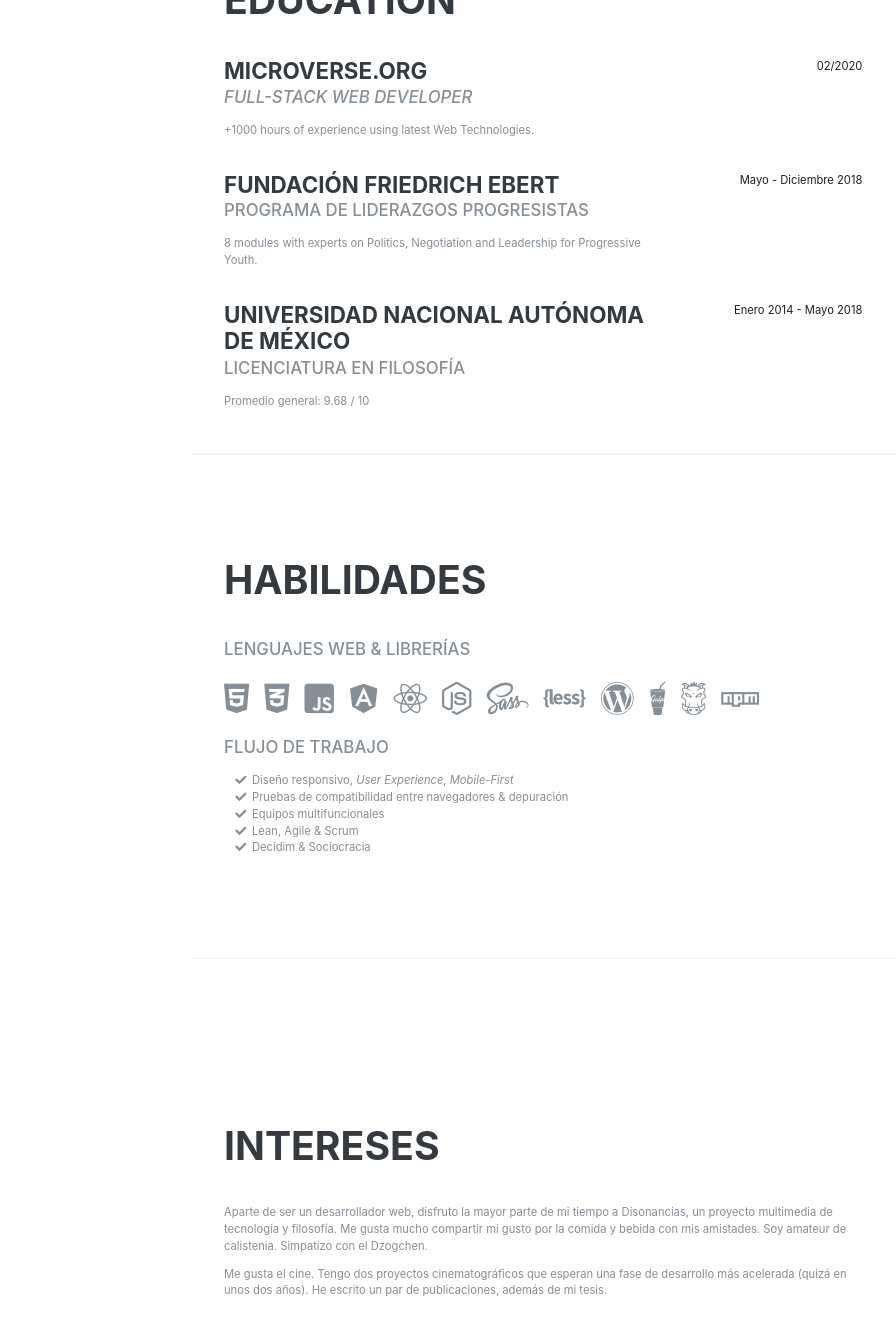
Repository: angel-mora/about-me
Page: en-index.html
An editor plug-in stored every save of this project. The page is shown before and after the next save, followed by the edit.
The browser window is 1280 px wide. The pictures show the part of the page from y = 1523 to 3443 px (the page is 4334 px tall), at 70% of full size.
Some web fonts or font styles are not loaded; a fallback is used.

Above is the page before, as saved 2020-06-30 18:57:13.

### en-index.html
<!DOCTYPE html>
<html lang="es">

<head>

    <meta charset="utf-8">
    <meta name="viewport" content="width=device-width, initial-scale=1, shrink-to-fit=no">
    <meta name="description" content="">
    <meta name="author" content="">

    <title>Angel Moma</title>

    <!-- Bootstrap core CSS -->
    <link href="vendor/bootstrap/css/bootstrap.min.css" rel="stylesheet">

    <!-- Custom fonts for this template -->
    <link href="https://fonts.googleapis.com/css?family=Saira+Extra+Condensed:500,700" rel="stylesheet">
    <link href="https://fonts.googleapis.com/css?family=Muli:400,400i,800,800i" rel="stylesheet">
    <link href="vendor/fontawesome-free/css/all.min.css" rel="stylesheet">

    <!-- Custom styles for this template -->
    <link href="css/resume.min.css" rel="stylesheet">

</head>

<body id="page-top">

    <nav class="navbar navbar-expand-lg navbar-dark bg-primary fixed-top" id="sideNav">
        <a class="navbar-brand js-scroll-trigger" href="#page-top">
            <span class="d-block d-lg-none">ABOUT ME</span>
            <span class="d-none d-lg-block">
                <img class="img-fluid img-profile rounded-circle mx-auto mb-2" src="img/profile.jpg" alt="">
            </span>
        </a>
        <button class="navbar-toggler" type="button" data-toggle="collapse" data-target="#navbarSupportedContent" aria-controls="navbarSupportedContent" aria-expanded="false" aria-label="Toggle navigation">
            <span class="navbar-toggler-icon"></span>
        </button>
        <div class="collapse navbar-collapse" id="navbarSupportedContent">
            <ul class="navbar-nav">
                <li class="nav-item">
                    <a class="nav-link js-scroll-trigger" href="#about">About me</a>
                </li>
                <li class="nav-item">
                    <a class="nav-link js-scroll-trigger" href="#experience">Professional experience</a>
                </li>
                <li class="nav-item">
                    <a class="nav-link js-scroll-trigger" href="#education">Education</a>
                </li>
                <li class="nav-item">
                    <a class="nav-link js-scroll-trigger" href="#skills">Skills</a>
                </li>
                <li class="nav-item">
                    <a class="nav-link js-scroll-trigger" href="#interests">Interests</a>
                </li>
                <li class="nav-item">
                    <a class="nav-link js-scroll-trigger" href="#awards">Awards</a>
                </li>
                <li class="nav-item">
                    <a class="nav-link js-scroll-trigger font-italic" href="es-index.html">Español</a>
                </li>
            </ul>
        </div>
    </nav>

    <div class="container-fluid p-0">

        <section class="resume-section p-3 p-lg-5 d-flex align-items-center" id="about">
            <div class="w-100">
                <h1 class="mb-0">Angel
                    <span class="text-primary">Mora</span>
                </h1>
                <div class="subheading mb-5">Full Stack Web Developer · Data Analysis · Civic Tech
                    <a href="mailto:angelmomaa@gmail.com">angelmomaa@gmail.com</a>
                </div>
                <p class="lead mb-5">Project Management using Agile and Scrum
                    <br>Political Consultant
                    <br>Data Visualization
                    <br>Discourse Analysis
                    <br>Progressive Leadership
                    <br>Imagining futures at Disonances
                    <!-- añadir algo de coaching profesional y psicológico-->
                </p>
                <div class="social-icons">
                    <a href="https://www.linkedin.com/in/angelmoram/">
                        <i class="fab fa-linkedin-in"></i>
                    </a>
                    <a href="https://github.com/angel-mora">
                        <i class="fab fa-github"></i>
                    </a>
                </div>
            </div>
        </section>

        <hr class="m-0">

        <section class="resume-section p-3 p-lg-5 d-flex justify-content-center" id="experience">
            <div class="w-100">
                <h2 class="mb-5">Professional Experience</h2>

                <div class="resume-item d-flex flex-column flex-md-row justify-content-between mb-5">
                    <div class="resume-content">
                        <h3 class="mb-0">Data Analyst</h3>
                        <div class="subheading mb-3">Seguridad y Protección Bancarias</div>
                        <p>Produced a map to analyze Crime inside Mexico using Leaflet.js.</p>
                    </div>
                    <div class="resume-date text-md-right">
                        <span class="text-primary">10/2019 - 02/2020</span>
                    </div>
                </div>

            </div>

        </section>

        <hr class="m-0">

        <section class="resume-section p-3 p-lg-5 d-flex align-items-center" id="education">
            <div class="w-100">
                <h2 class="mb-5">Education</h2>

                <div class="resume-item d-flex flex-column flex-md-row justify-content-between mb-5">
                    <div class="resume-content">
                        <h3 class="mb-0">Microverse.org</h3>
                        <div class="subheading mb-3"><i>Full-stack Web Developer</i></div>
                        <div>+1000 hours of experience using latest Web Technologies.</div>
                    </div>
                    <div class="resume-date text-md-right">
                        <span class="text-primary">02/2020</span>
                    </div>
                </div>

                <div class="resume-item d-flex flex-column flex-md-row justify-content-between mb-5">
                    <div class="resume-content">
                        <h3 class="mb-0">Fundación Friedrich Ebert</h3>
                        <div class="subheading mb-3">Programa de Liderazgos Progresistas</div>
                        <div>8 modules with experts on Politics, Negotiation and Leadership for Progressive Youth.
                        </div>
                    </div>
                    <div class="resume-date text-md-right">
                        <span class="text-primary">Mayo - Diciembre 2018</span>
                    </div>
                </div>

                <div class="resume-item d-flex flex-column flex-md-row justify-content-between">
                    <div class="resume-content">
                        <h3 class="mb-0">Universidad Nacional Autónoma de México</h3>
                        <div class="subheading mb-3">Licenciatura en Filosofía</div>
                        <p>Promedio general: 9.68 / 10</p>
                    </div>
                    <div class="resume-date text-md-right">
                        <span class="text-primary">Enero 2014 - Mayo 2018</span>
                    </div>
                </div>

            </div>
        </section>

        <hr class="m-0">

        <section class="resume-section p-3 p-lg-5 d-flex align-items-center" id="skills">
            <div class="w-100">
                <h2 class="mb-5">Habilidades</h2>

                <div class="subheading mb-3">Lenguajes Web &amp; Librerías</div>
                <!-- add Leaflet, GIS, R Studio, Python -->
                <ul class="list-inline dev-icons">
                    <li class="list-inline-item">
                        <i class="fab fa-html5"></i>
                    </li>
                    <li class="list-inline-item">
                        <i class="fab fa-css3-alt"></i>
                    </li>
                    <li class="list-inline-item">
                        <i class="fab fa-js-square"></i>
                    </li>
                    <li class="list-inline-item">
                        <i class="fab fa-angular"></i>
                    </li>
                    <li class="list-inline-item">
                        <i class="fab fa-react"></i>
                    </li>
                    <li class="list-inline-item">
                        <i class="fab fa-node-js"></i>
                    </li>
                    <li class="list-inline-item">
                        <i class="fab fa-sass"></i>
                    </li>
                    <li class="list-inline-item">
                        <i class="fab fa-less"></i>
                    </li>
                    <li class="list-inline-item">
                        <i class="fab fa-wordpress"></i>
                    </li>
                    <li class="list-inline-item">
                        <i class="fab fa-gulp"></i>
                    </li>
                    <li class="list-inline-item">
                        <i class="fab fa-grunt"></i>
                    </li>
                    <li class="list-inline-item">
                        <i class="fab fa-npm"></i>
                    </li>
                </ul>

                <div class="subheading mb-3">Flujo de Trabajo</div>
                <ul class="fa-ul mb-0">
                    <li>
                        <i class="fa-li fa fa-check"></i> Diseño responsivo, <i>User Experience</i>, <i>Mobile-First</i>
                    </li>
                    <li>
                        <i class="fa-li fa fa-check"></i> Pruebas de compatibilidad entre navegadores &amp; depuración
                    </li>
                    <li>
                        <i class="fa-li fa fa-check"></i> Equipos multifuncionales</li>
                    <li>
                        <i class="fa-li fa fa-check"></i> Lean, Agile &amp; Scrum</li>
                    <li>
                        <i class="fa-li fa fa-check"></i> Decidim &amp; Sociocracia</li>
                </ul>
            </div>
        </section>

        <hr class="m-0">

        <section class="resume-section p-3 p-lg-5 d-flex align-items-center" id="interests">
            <div class="w-100">
                <h2 class="mb-5">Intereses</h2>
                <p>Aparte de ser un desarrollador web, disfruto la mayor parte de mi tiempo a Disonancias, un proyecto multimedia de tecnología y filosofía. Me gusta mucho compartir mi gusto por la comida y bebida con mis amistades. Soy amateur de calistenia.
                    Simpatizo con el Dzogchen.
                </p>
                <p class="mb-0">Me gusta el cine. Tengo dos proyectos cinematográficos que esperan una fase de desarrollo más acelerada (quizá en unos dos años). He escrito un par de publicaciones, además de mi tesis.
                </p>
            </div>
        </section>

        <hr class="m-0">

        <section class="resume-section p-3 p-lg-5 d-flex align-items-center" id="awards">
            <div class="w-100">
                <h2 class="mb-5">Premios &amp; Certificados</h2>
                <ul class="fa-ul mb-0">
                    <li>
                        <i class="fa-li fa fa-trophy text-warning"></i> Google Analytics Certified Developer</li>
                    <li>
                        <i class="fa-li fa fa-trophy text-warning"></i> Mobile Web Specialist - Google Certification
                    </li>
                    <li>
                        <i class="fa-li fa fa-trophy text-warning"></i> 1
                        <sup>st</sup> Place - University of Colorado Boulder - Emerging Tech Competition 2009</li>
                    <li>
                        <i class="fa-li fa fa-trophy text-warning"></i> 1
                        <sup>st</sup> Place - University of Colorado Boulder - Adobe Creative Jam 2008 (UI Design Category)
                    </li>
                    <li>
                        <i class="fa-li fa fa-trophy text-warning"></i> 2
                        <sup>nd</sup> Place - University of Colorado Boulder - Emerging Tech Competition 2008</li>
                    <li>
                        <i class="fa-li fa fa-trophy text-warning"></i> 1
                        <sup>st</sup> Place - James Buchanan High School - Hackathon 2006</li>
                    <li>
                        <i class="fa-li fa fa-trophy text-warning"></i> 3
                        <sup>rd</sup> Place - James Buchanan High School - Hackathon 2005</li>
                </ul>
            </div>
        </section>

    </div>

    <!-- Bootstrap core JavaScript -->
    <script src="vendor/jquery/jquery.min.js"></script>
    <script src="vendor/bootstrap/js/bootstrap.bundle.min.js"></script>

    <!-- Plugin JavaScript -->
    <script src="vendor/jquery-easing/jquery.easing.min.js"></script>

    <!-- Custom scripts for this template -->
    <script src="js/resume.min.js"></script>

</body>

</html>

Loaded but not shown: vendor/bootstrap/css/bootstrap.min.css (library); vendor/fontawesome-free/css/all.min.css (library); css/resume.min.css (library); vendor/jquery/jquery.min.js (library); vendor/bootstrap/js/bootstrap.bundle.min.js (library); vendor/jquery-easing/jquery.easing.min.js (common file); js/resume.min.js (common file)

After the next save:
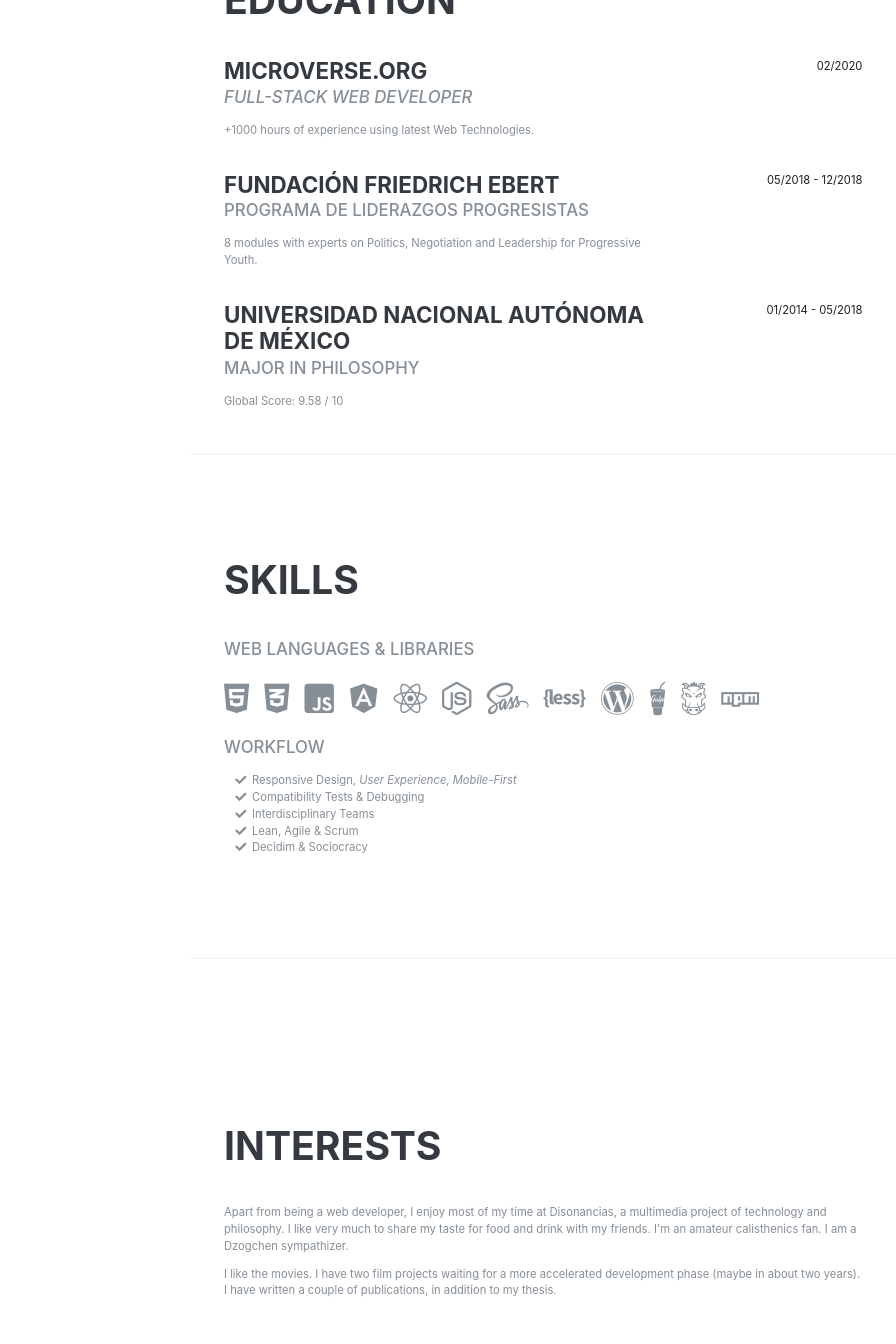
Saved 10 min 1 s later.
--- a/en-index.html
+++ b/en-index.html
@@ -137,18 +137,18 @@
                         </div>
                     </div>
                     <div class="resume-date text-md-right">
-                        <span class="text-primary">Mayo - Diciembre 2018</span>
+                        <span class="text-primary">05/2018 - 12/2018</span>
                     </div>
                 </div>
 
                 <div class="resume-item d-flex flex-column flex-md-row justify-content-between">
                     <div class="resume-content">
                         <h3 class="mb-0">Universidad Nacional Autónoma de México</h3>
-                        <div class="subheading mb-3">Licenciatura en Filosofía</div>
-                        <p>Promedio general: 9.68 / 10</p>
-                    </div>
-                    <div class="resume-date text-md-right">
-                        <span class="text-primary">Enero 2014 - Mayo 2018</span>
+                        <div class="subheading mb-3">Major in Philosophy</div>
+                        <p>Global Score: 9.58 / 10</p>
+                    </div>
+                    <div class="resume-date text-md-right">
+                        <span class="text-primary">01/2014 - 05/2018</span>
                     </div>
                 </div>
 
@@ -159,9 +159,9 @@
 
         <section class="resume-section p-3 p-lg-5 d-flex align-items-center" id="skills">
             <div class="w-100">
-                <h2 class="mb-5">Habilidades</h2>
-
-                <div class="subheading mb-3">Lenguajes Web &amp; Librerías</div>
+                <h2 class="mb-5">Skills</h2>
+
+                <div class="subheading mb-3">Web Languages &amp; Libraries</div>
                 <!-- add Leaflet, GIS, R Studio, Python -->
                 <ul class="list-inline dev-icons">
                     <li class="list-inline-item">
@@ -202,20 +202,20 @@
                     </li>
                 </ul>
 
-                <div class="subheading mb-3">Flujo de Trabajo</div>
+                <div class="subheading mb-3">Workflow</div>
                 <ul class="fa-ul mb-0">
                     <li>
-                        <i class="fa-li fa fa-check"></i> Diseño responsivo, <i>User Experience</i>, <i>Mobile-First</i>
-                    </li>
-                    <li>
-                        <i class="fa-li fa fa-check"></i> Pruebas de compatibilidad entre navegadores &amp; depuración
-                    </li>
-                    <li>
-                        <i class="fa-li fa fa-check"></i> Equipos multifuncionales</li>
+                        <i class="fa-li fa fa-check"></i>Responsive Design, <i>User Experience</i>, <i>Mobile-First</i>
+                    </li>
+                    <li>
+                        <i class="fa-li fa fa-check"></i> Compatibility Tests &amp; Debugging
+                    </li>
+                    <li>
+                        <i class="fa-li fa fa-check"></i> Interdisciplinary Teams</li>
                     <li>
                         <i class="fa-li fa fa-check"></i> Lean, Agile &amp; Scrum</li>
                     <li>
-                        <i class="fa-li fa fa-check"></i> Decidim &amp; Sociocracia</li>
+                        <i class="fa-li fa fa-check"></i> Decidim &amp; Sociocracy</li>
                 </ul>
             </div>
         </section>
@@ -224,11 +224,11 @@
 
         <section class="resume-section p-3 p-lg-5 d-flex align-items-center" id="interests">
             <div class="w-100">
-                <h2 class="mb-5">Intereses</h2>
-                <p>Aparte de ser un desarrollador web, disfruto la mayor parte de mi tiempo a Disonancias, un proyecto multimedia de tecnología y filosofía. Me gusta mucho compartir mi gusto por la comida y bebida con mis amistades. Soy amateur de calistenia.
-                    Simpatizo con el Dzogchen.
+                <h2 class="mb-5">Interests</h2>
+                <p>Apart from being a web developer, I enjoy most of my time at Disonancias, a multimedia project of technology and philosophy. I like very much to share my taste for food and drink with my friends. I'm an amateur calisthenics fan.
+                    I am a Dzogchen sympathizer.
                 </p>
-                <p class="mb-0">Me gusta el cine. Tengo dos proyectos cinematográficos que esperan una fase de desarrollo más acelerada (quizá en unos dos años). He escrito un par de publicaciones, además de mi tesis.
+                <p class="mb-0">I like the movies. I have two film projects waiting for a more accelerated development phase (maybe in about two years). I have written a couple of publications, in addition to my thesis.
                 </p>
             </div>
         </section>
@@ -237,29 +237,13 @@
 
         <section class="resume-section p-3 p-lg-5 d-flex align-items-center" id="awards">
             <div class="w-100">
-                <h2 class="mb-5">Premios &amp; Certificados</h2>
+                <h2 class="mb-5">Awards &amp; Certificates</h2>
                 <ul class="fa-ul mb-0">
                     <li>
                         <i class="fa-li fa fa-trophy text-warning"></i> Google Analytics Certified Developer</li>
                     <li>
                         <i class="fa-li fa fa-trophy text-warning"></i> Mobile Web Specialist - Google Certification
                     </li>
-                    <li>
-                        <i class="fa-li fa fa-trophy text-warning"></i> 1
-                        <sup>st</sup> Place - University of Colorado Boulder - Emerging Tech Competition 2009</li>
-                    <li>
-                        <i class="fa-li fa fa-trophy text-warning"></i> 1
-                        <sup>st</sup> Place - University of Colorado Boulder - Adobe Creative Jam 2008 (UI Design Category)
-                    </li>
-                    <li>
-                        <i class="fa-li fa fa-trophy text-warning"></i> 2
-                        <sup>nd</sup> Place - University of Colorado Boulder - Emerging Tech Competition 2008</li>
-                    <li>
-                        <i class="fa-li fa fa-trophy text-warning"></i> 1
-                        <sup>st</sup> Place - James Buchanan High School - Hackathon 2006</li>
-                    <li>
-                        <i class="fa-li fa fa-trophy text-warning"></i> 3
-                        <sup>rd</sup> Place - James Buchanan High School - Hackathon 2005</li>
                 </ul>
             </div>
         </section>
